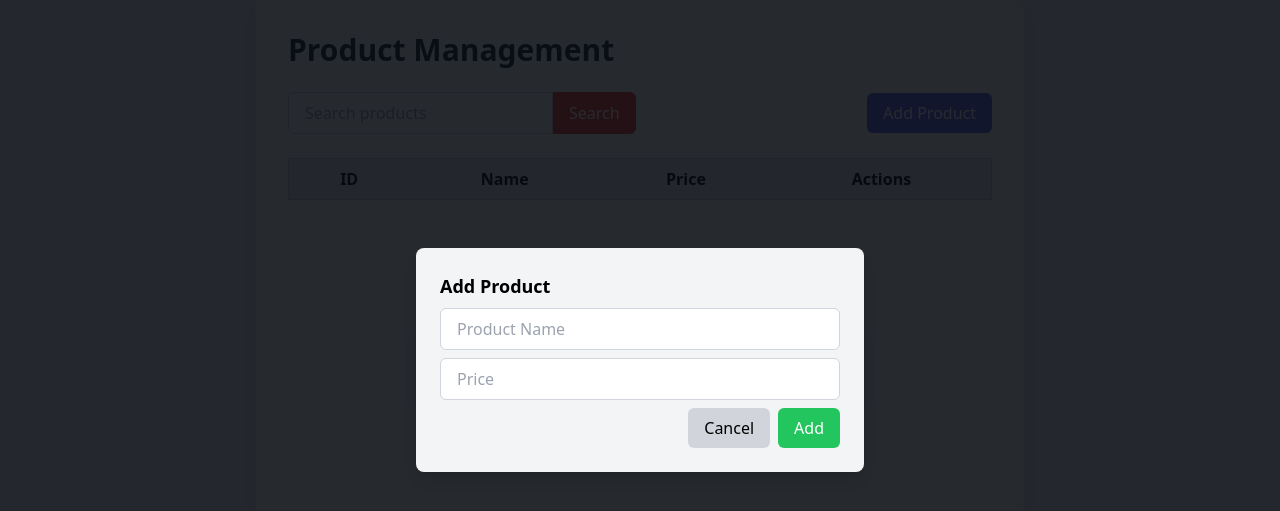
Repository: shaafsalman/product-Management-MERN
Page: /home (app in frontend/), after clicking the first element matching `button.rounded-md`
The author's editor kept a copy of each file at every save. The page is drawn from the files as they stood at one save, then again after the next save.
The browser window is 1280 px wide. The pictures show the whole page.
The page's requests for data from a server got no answer. The project was rebuilt for these pictures with package versions that can differ from the ones it lists, and the page was loaded fresh each time. No one was signed in, and anything a server would have sent is missing. Also part of the build but not shown: frontend/vite.config.js, frontend/src/Cards/mesgCard.jsx, frontend/src/Pages/Login.jsx, frontend/src/Pages/SighnUp.jsx, frontend/src/Pages/NoPage.jsx.

Above is the page before, as saved 2024-05-14 01:43:32.

After the next save:
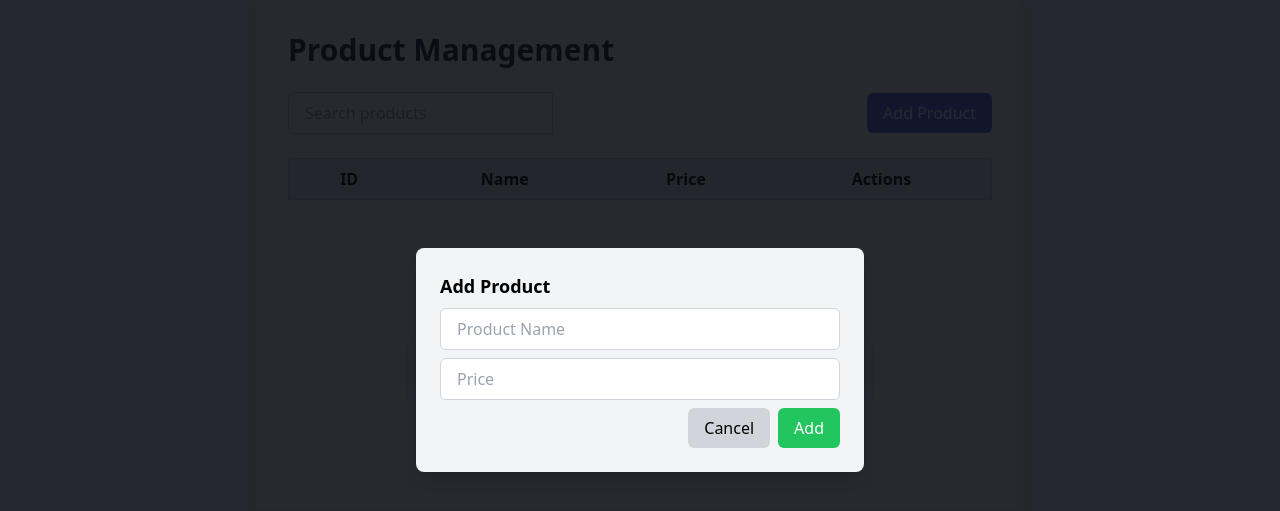
Saved 4 s later.
--- a/frontend/src/Pages/Home.jsx
+++ b/frontend/src/Pages/Home.jsx
@@ -55,7 +55,7 @@ const Home = () => {
             />
             <button
               onClick={handleSearch}
-              className="px-4 py-2 bg-red-500 text-white rounded-r-md hover:bg-indigo-600 focus:outline-none focus:bg-indigo-600"
+              className="px-4 py-2 bg-red-850 text-white rounded-r-md hover:bg-indigo-600 focus:outline-none focus:bg-indigo-600"
             >
               Search
             </button>
